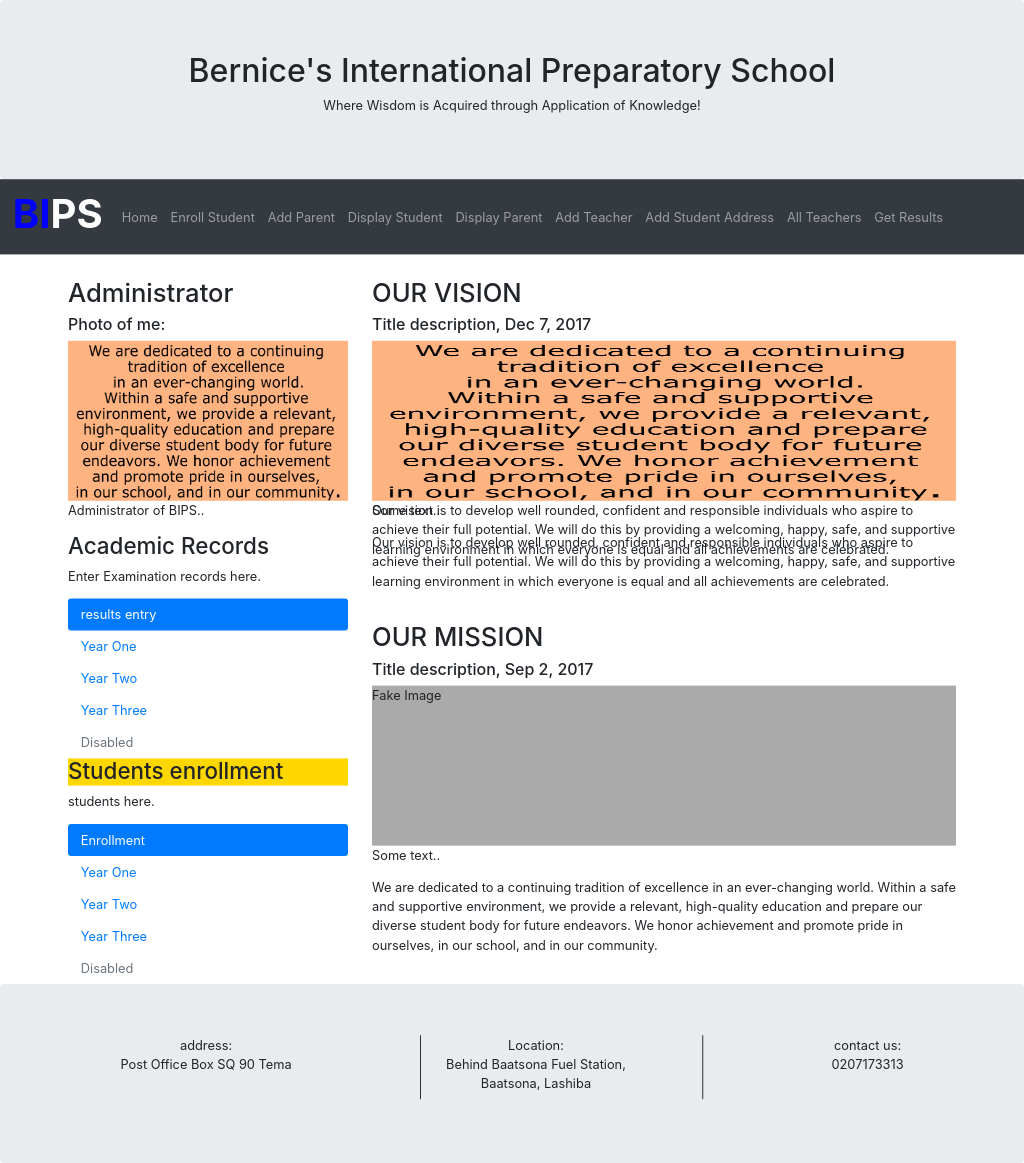
Repository: joseackah/eclipse-workspace
Page: http://localhost/com.school.mgt.system.Front.End/WEB-INF/views/adminPageExample.jsp
The author's editor kept a copy of each file at every save. The page is drawn from the files as they stood at one save, then again after the next save.
The browser window is 1280 px wide. The pictures show the whole page, at 80% of full size.
The page is served by Tomcat 9. Nobody is signed in. The template is opened directly, without the code that normally fills it, so the values that code supplies are empty.

Above is the page before, as saved 2021-08-12 21:46:53.

After the next save:
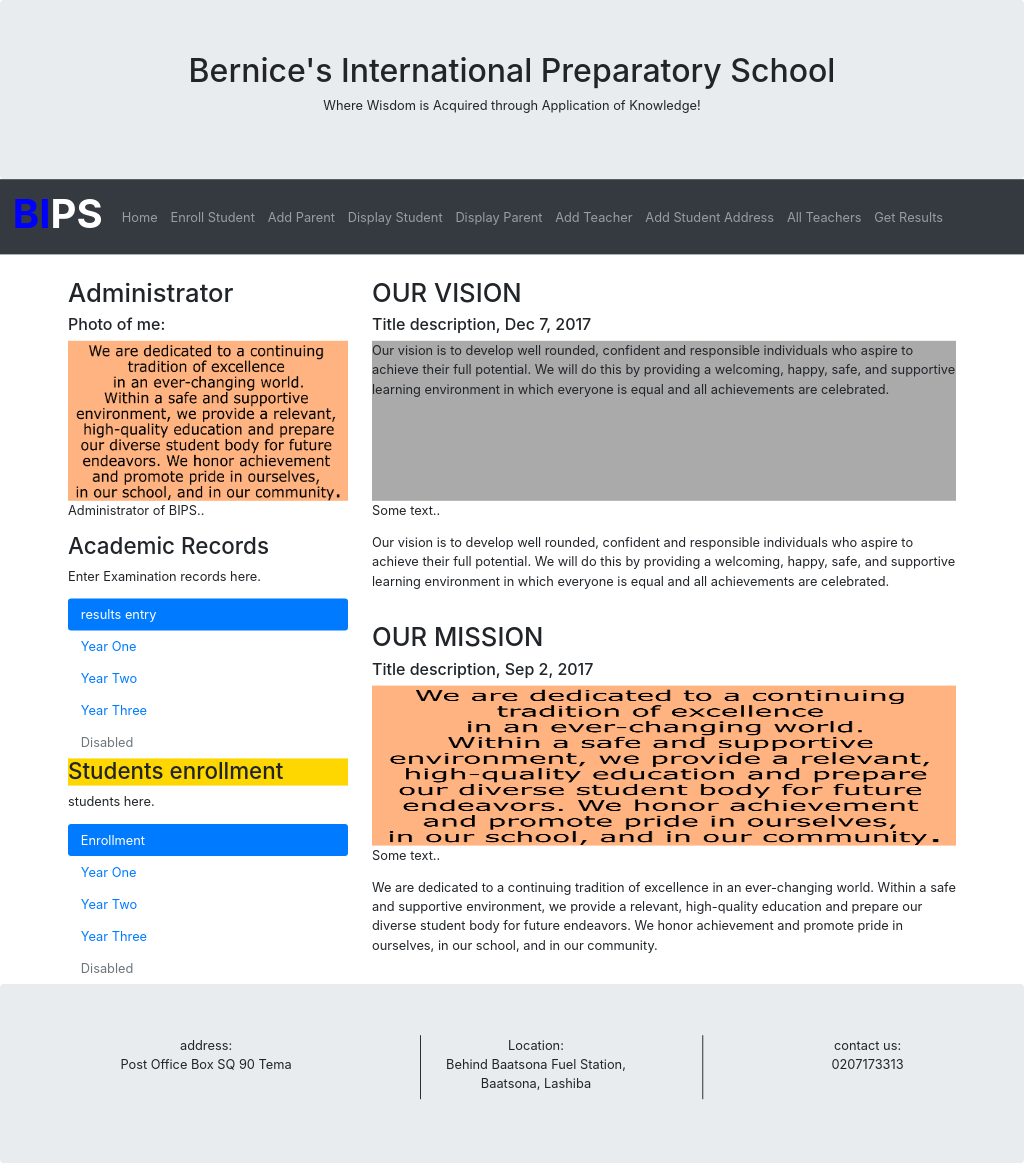
Saved 78 s later.
--- a/com.school.mgt.system.Front.End/src/main/webapp/WEB-INF/views/adminPageExample.jsp
+++ b/com.school.mgt.system.Front.End/src/main/webapp/WEB-INF/views/adminPageExample.jsp
@@ -123,7 +123,7 @@
     <div class="col-sm-8">
       <h2>OUR VISION</h2>
       <h5>Title description, Dec 7, 2017</h5>
-      <div class="fakeimg"> <img alt="" src="${pageContext.request.contextPath}/resources/png/mission.png" style="width:100%; height:100%;"> Our vision is to develop well rounded, confident and responsible individuals who aspire to achieve their full potential. We will do this by providing a welcoming, happy, safe, and supportive learning environment in which everyone is equal and all achievements are celebrated. </div>
+      <div class="fakeimg">  Our vision is to develop well rounded, confident and responsible individuals who aspire to achieve their full potential. We will do this by providing a welcoming, happy, safe, and supportive learning environment in which everyone is equal and all achievements are celebrated. </div>
       <p>Some text..</p>
       <p>Our vision is to develop well rounded, confident and responsible individuals who aspire to achieve their full potential. We will do this by providing a welcoming, happy, safe, and supportive learning environment in which everyone is equal and all achievements are celebrated. </p>
 
@@ -132,7 +132,7 @@
       <br>
       <h2>OUR MISSION</h2>
       <h5>Title description, Sep 2, 2017</h5>
-      <div class="fakeimg">Fake Image</div>
+      <div class="fakeimg"><img alt="" src="${pageContext.request.contextPath}/resources/png/mission.png" style="width:100%; height:100%;"></div>
       <p>Some text..</p>
       <p>We are dedicated to a continuing tradition of excellence in an ever-changing world. Within a safe and supportive environment, we provide a relevant, high-quality education and prepare our diverse student body for future endeavors. We honor achievement and promote pride in ourselves, in our school, and in our community.</p>
     </div>
